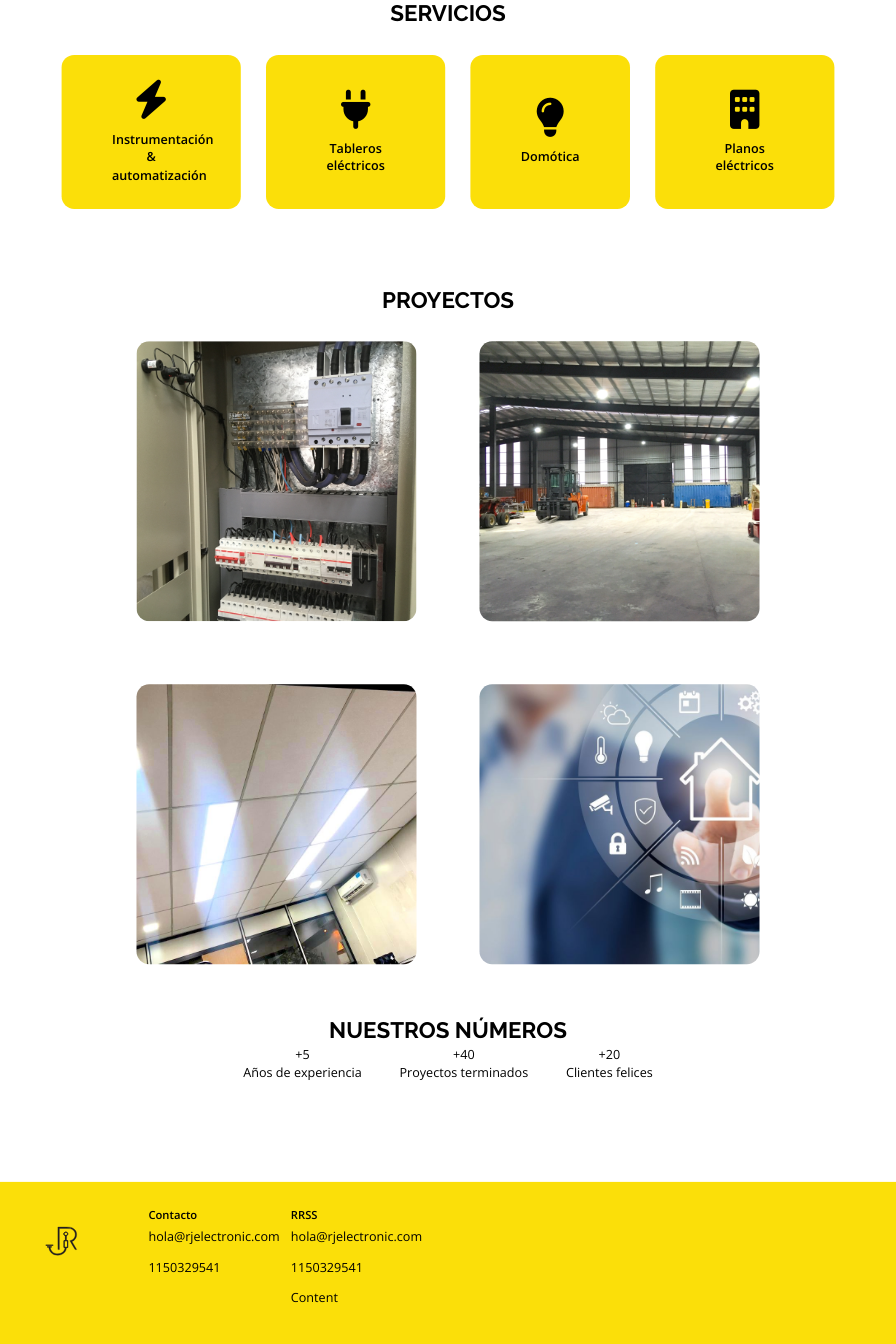
Repository: jeraldinnemg/rjelectronics
Page: index.html
The author's editor kept a copy of each file at every save. The page is drawn from the files as they stood at one save, then again after the next save.
The browser window is 1280 px wide. The pictures show the part of the page from y = 739 to 2659 px (the page is 2659 px tall before and 1859 px after), at 70% of full size.
Some web libraries are served in a nearby version.

Above is the page before, as saved 2022-07-27 21:19:17.

After the next save:
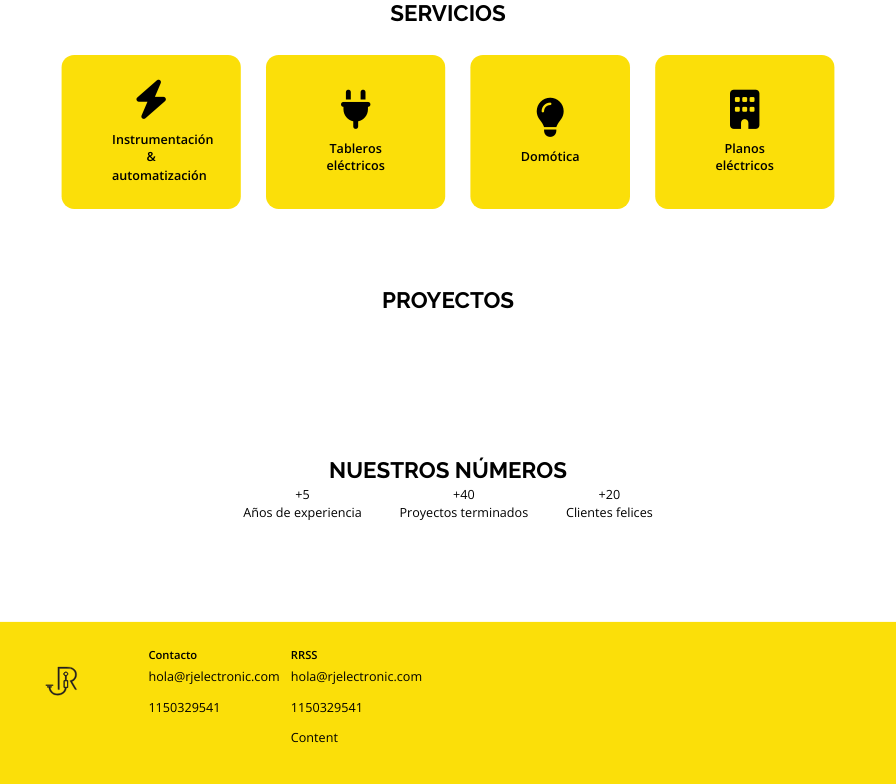
Saved 11 s later.
--- a/index.css
+++ b/index.css
@@ -380,8 +380,7 @@
 .projects-container >article{
     position: relative;
 
-    min-width: 400px;
-    min-height: 400px;
+
     background-size: cover;
     background-repeat: no-repeat;
     background-position: center center;

After the save that followed:
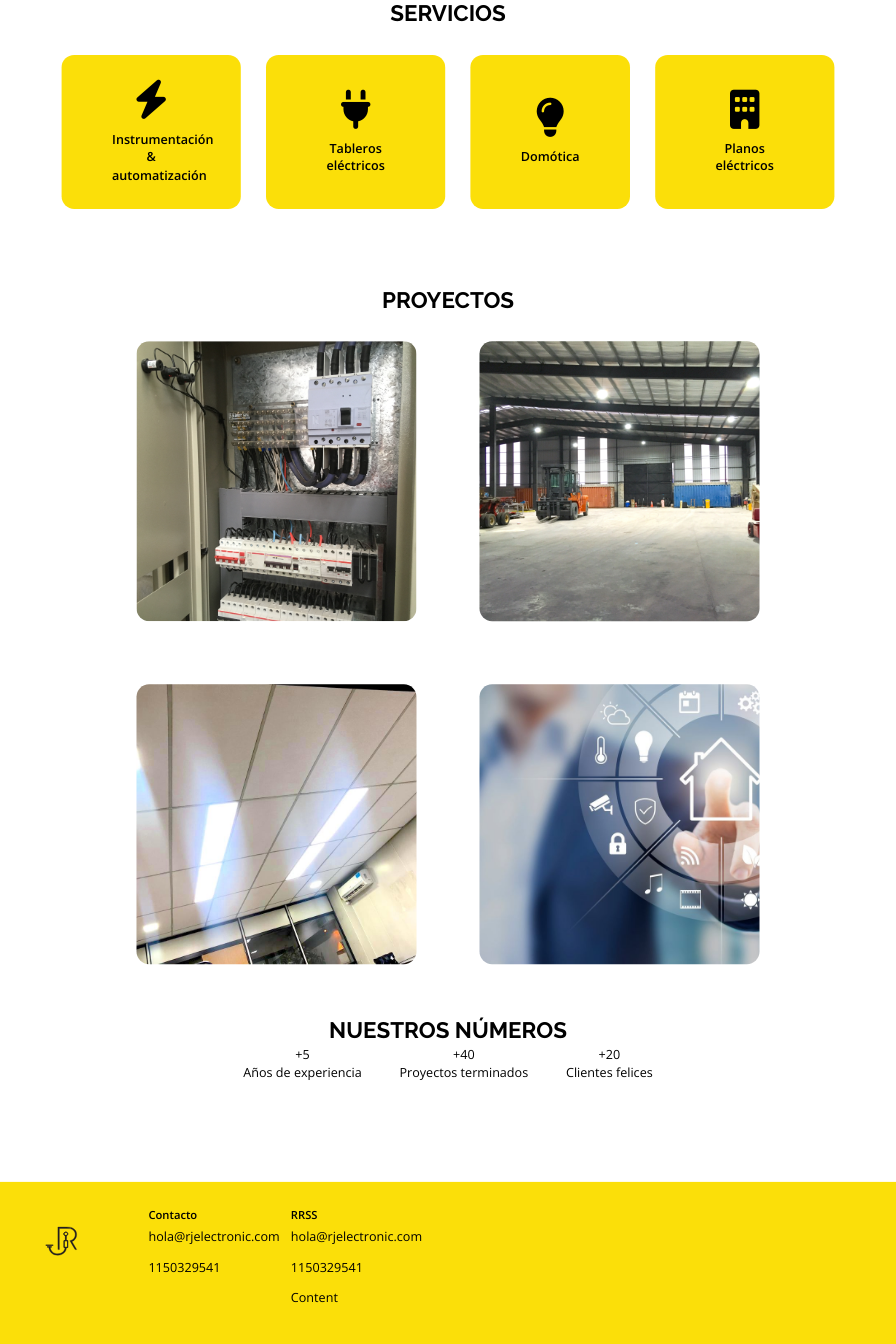
Saved 4 s later.
--- a/index.css
+++ b/index.css
@@ -380,7 +380,8 @@
 .projects-container >article{
     position: relative;
 
-
+    min-width: 400px;
+    min-height: 400px;
     background-size: cover;
     background-repeat: no-repeat;
     background-position: center center;
